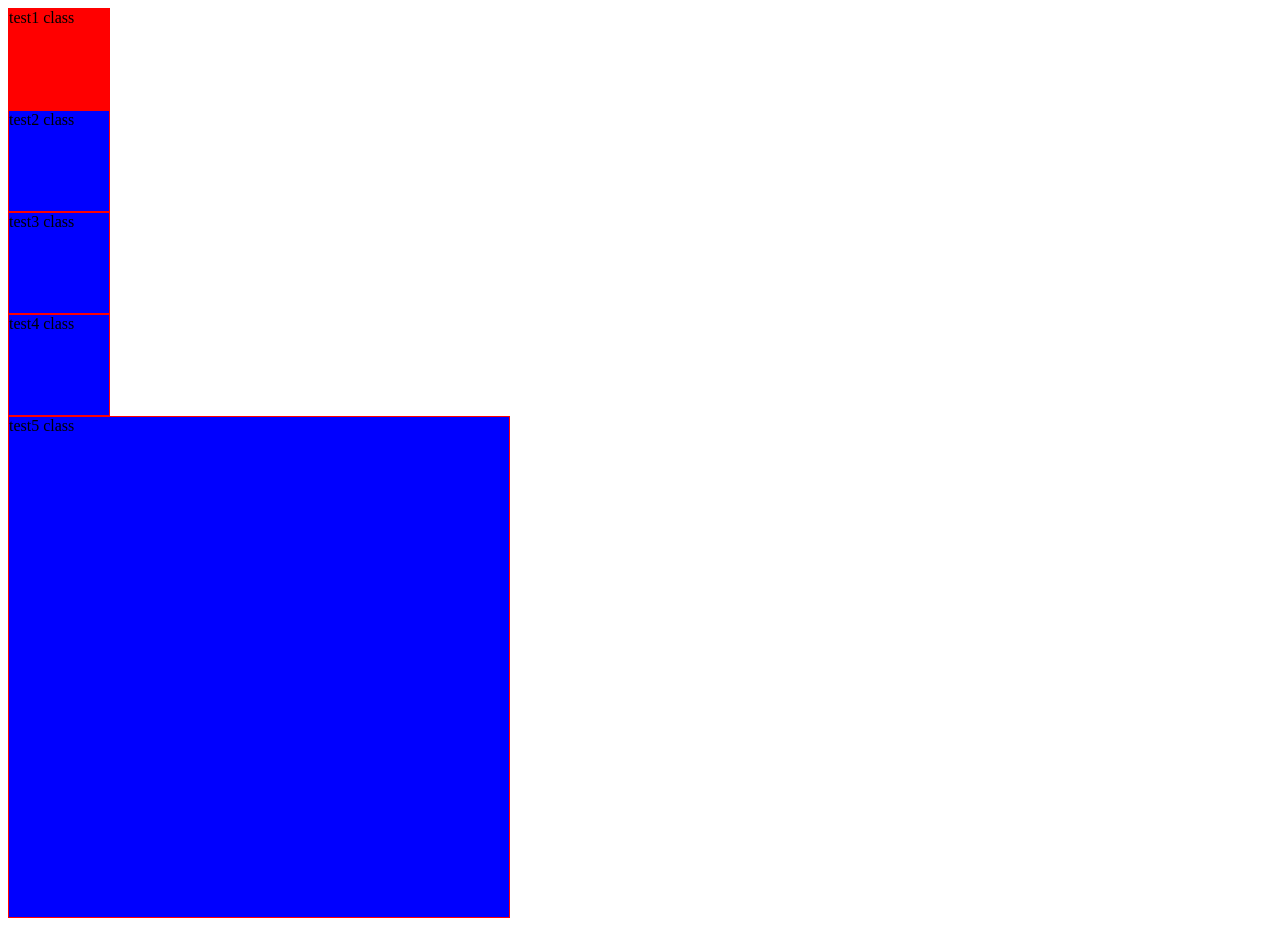
Repository: yuj1818/Hustar_JavaScript
Page: edu/edu/view/test.html
The author's editor kept a copy of each file at every save. The page is drawn from the files as they stood at one save, then again after the next save.
The browser window is 1280 px wide. The pictures show the whole page.

Above is the page before, as saved 2022-05-31 01:13:51.

### edu/edu/view/test.html
<!DOCTYPE html>
<html>
	<head>
		<meta charset="EUC-KR">
		<title>HTML 및 Javascipt 교육</title>
		<style>
			.test_class{
				border: 1px solid red; background-color:blue; width: 100px; height: 100px;
			}
			#test_id{
				width: 500px; height: 500px;
			}
			div {
				background-color: green;
			}
		</style>
	</head>
	<body>
		<div style="border: 1px solid red; background-color:red; width: 100px; height: 100px;">
			test1 class
		</div>

		<div class="test_class">
			test2 class
		</div>

		<div class="test_class">
			test3 class
		</div>

		<div class="test_class">
			test4 class
		</div>

		<div class="test_class" id="test_id">
			test5 class
		</div>
	</body>
	<script>
		var data = 1;
		var data2 = 3;
		console.log("data + data2: ", data + data2);
		test_function(data,data2);

		function test_function (data, data2) {
			console.log("test_functon - data + data2: ", data + data2);
		}
	</script>
</html>

After the next save:
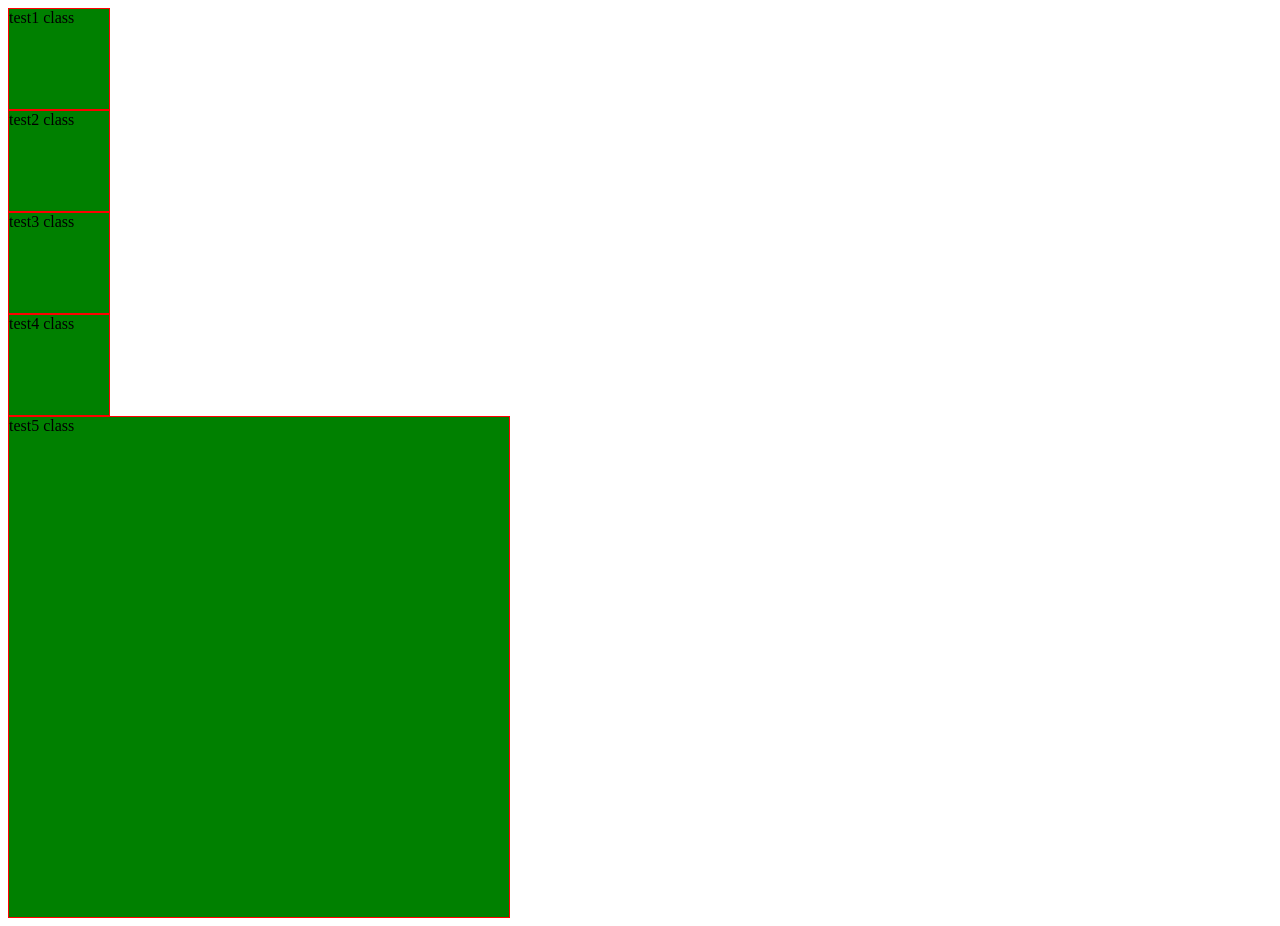
Saved 4 min 10 s later.
--- a/edu/edu/view/test.html
+++ b/edu/edu/view/test.html
@@ -11,7 +11,7 @@
 				width: 500px; height: 500px;
 			}
 			div {
-				background-color: green;
+				background-color: green !important;
 			}
 		</style>
 	</head>
